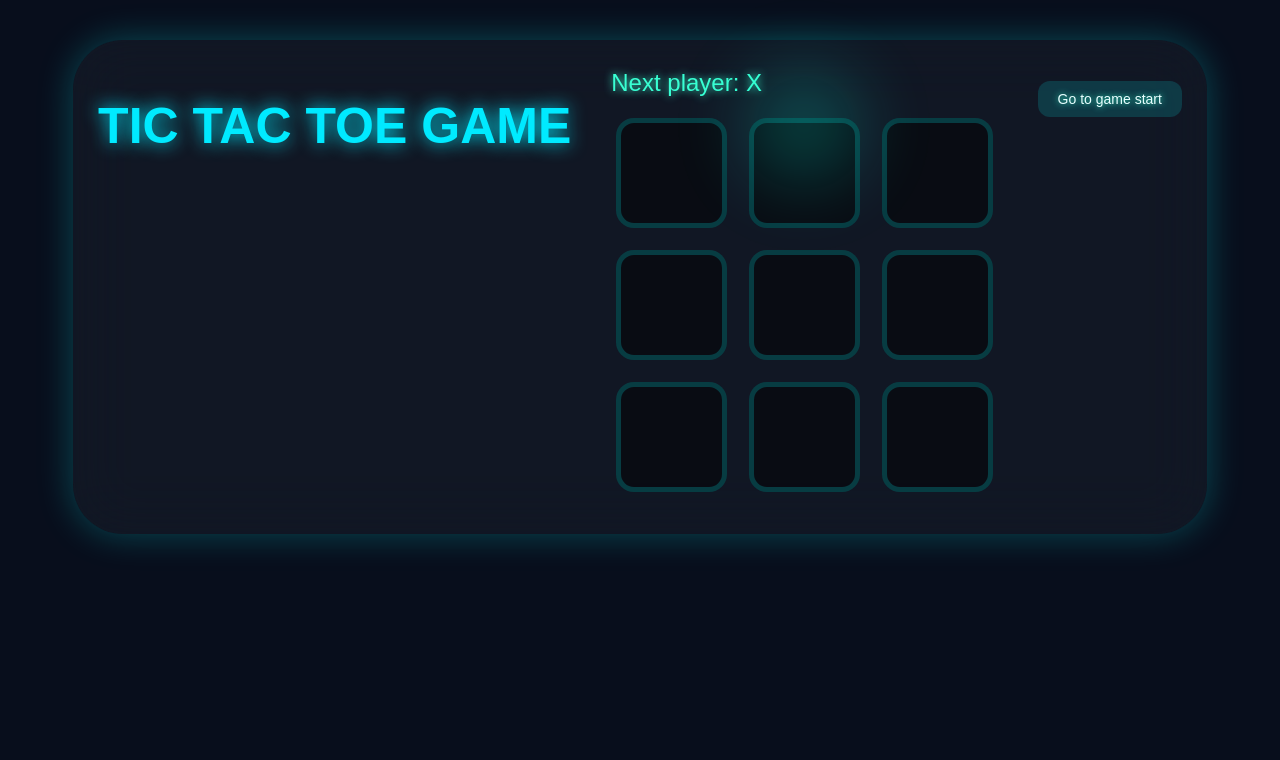
Repository: sofia123776/TIC-TAC-TOE
Page: /
An editor plug-in stored every save of this project. The page is shown before and after the next save, followed by the edit.
The browser window is 1280 px wide. The pictures show the whole page.
The project was rebuilt for these pictures with package versions that can differ from the ones it lists, and the page was loaded fresh each time. Also part of the build but not shown: vite.config.js.

Above is the page before, as saved 2025-11-30 22:04:56.

### src/index.css
:root {
  font-family: system-ui, Avenir, Helvetica, Arial, sans-serif;
  line-height: 1.5;
  font-weight: 400;

  color-scheme: light dark;
  color: rgba(255, 255, 255, 0.87);
  background-color: whitesmoke;

  font-synthesis: none;
  text-rendering: optimizeLegibility;
  -webkit-font-smoothing: antialiased;
  -moz-osx-font-smoothing: grayscale;
}

a {
  font-weight: 500;
  color: #646cff;
  text-decoration: inherit;
}
a:hover {
  color: #535bf2;
}

body {
  margin: 0;
  display: flex;
  place-items: center;
  min-width: 320px;
  min-height: 100vh;
}

h1 {
  font-size: 3.2em;
  line-height: 1.1;
}

button {
  border-radius: 1px;
  border:8px  solid transparent;
  padding: 0.6em 1.2em;
  font-size: 1em;
  font-weight: 500;
  font-family: inherit;
  background-color: #1a1a1a;
  cursor: pointer;
  transition: border-color 0.25s;
}
button:hover {
  border-color: #646cff;
}
button:focus,
button:focus-visible {
  outline: 4px auto -webkit-focus-ring-color;
}

@media (prefers-color-scheme: light) {
  :root {
    color: #213547;
    background-color: #ffffff;
  }
  a:hover {
    color: #747bff;
  }
  button {
    background-color: #f9f9f9;
  }
}

### src/App.jsx
import { useState } from 'react'
import reactLogo from './assets/react.svg'
import viteLogo from '/vite.svg'
import './App.css'

function Square({value, onSquareClick, highlight}){


  return(
   <button
      className={`square ${highlight ? "highlight" : ""}`}
      onClick={onSquareClick}
    >
      {value}
    </button>
  );

}

function Board({xIsNext, squares, onPlay}) {



  function Handleclick(i){

    if ( Calculatewinner(squares) || squares[i]) {
    return;

  }
    ClickSound.play();
    const nextSquares = squares.slice()
    if (xIsNext){
    nextSquares[i] = "X"
    }else{
      nextSquares[i] = "O"
    }
    onPlay(nextSquares);
  }
    const winner = Calculatewinner(squares);
    const winningLine = Calculatewinner(squares, true);
    const ClickSound = new Audio("/sounds/click.mp3.wav");
    const WinSound = new Audio("/sounds/win.mp3.wav");
    const [score, setScore] = useState({
  X: 0,
  O: 0,
  Draws: 0
});


  let status;
  if (winner) {
    status = "Winner: " + winner;
    WinSound.play();
  } else {
    status = "Next player: " + (xIsNext ? "X" : "O");
  }

  return (
    <>

    <div className={`status ${winner ? "winner" : ""}`}>{status}</div>
  <div className='board-row'>
  <Square value = {squares[0]} onSquareClick={() =>Handleclick(0)} highlight={winningLine?.includes(0)}/>
  <Square value = {squares[1]} onSquareClick={() =>Handleclick(1)} highlight={winningLine?.includes(1)}/>
  <Square value = {squares[2]} onSquareClick={() =>Handleclick(2)} highlight={winningLine?.includes(2)}/>

  </div>

  <div className='board-row'>
  <Square value = {squares[3]} onSquareClick={() =>Handleclick(3)} highlight={winningLine?.includes(3)}/>
  <Square value = {squares[4]} onSquareClick={() =>Handleclick(4)} highlight={winningLine?.includes(4)}/>
  <Square value = {squares[5]} onSquareClick={() =>Handleclick(5)} highlight={winningLine?.includes(5)}/>

  </div>
  <div className='board-row'>
  <Square value = {squares[6]} onSquareClick={() =>Handleclick(6)} highlight={winningLine?.includes(6)}/>
  <Square value = {squares[7]} onSquareClick={() =>Handleclick(7)} highlight={winningLine?.includes(7)}/>
  <Square value = {squares[8]} onSquareClick={() =>Handleclick(8)} highlight={winningLine?.includes(8)}/>

  </div>

  </>
  );
}

export default function Game() {
  const [history, setHistory] = useState([Array(9).fill(null)]);
  const [currentMove, setCurrentMove] = useState(0);
  const xIsNext = currentMove % 2 === 0;
  const currentSquares = history[currentMove];



  function handlePlay(nextSquares) {
    const nextHistory = [...history.slice(0, currentMove + 1), nextSquares];
    setHistory(nextHistory);
    setCurrentMove(nextHistory.length - 1);
  }

  function jumpTo(nextMove) {
    setCurrentMove(nextMove);
  }

  const moves = history.map((squares, move) => {
    let description;
    if (move > 0) {
      description = 'Go to move #' + move;
    } else {
      description = 'Go to game start';
    }
    return (
      <li key={move}>
        <button onClick={() => jumpTo(move)}>{description}</button>
      </li>
    );
  });

  return (
    <div className="game">
    <h1>TIC TAC TOE GAME</h1>
      <div className={`game-board ${Calculatewinner(currentSquares) ? "winner" : ""}`}>
  <Board xIsNext={xIsNext} squares={currentSquares} onPlay={handlePlay} />
</div>
      <div className="game-info">
        <ol>{moves}</ol>
      </div>
    </div>
  );


}

function Calculatewinner(squares, returnLine = false){
  const lines = [
  [0, 1, 2],
  [3, 4, 5],
  [6, 7, 8],
  [0, 3, 6],
  [1, 4, 7],
  [2, 5, 8],
  [0, 4, 8],
  [2, 4, 6],

  ];

  for (let line of lines) {
    const [a,b,c] = line;
    if (squares[a] && squares[a] === squares[b] && squares[a] === squares[c]) {
      return returnLine ? line : squares[a];
    }
  }
  return returnLine ? null : null;
}

### src/App.css
/* Full background */
body {
  background: #080e1c;
  margin: 0;
  font-family: "Poppins", sans-serif;
  color: #e8faff;
  display: flex;
  justify-content: center;
  align-items: flex-start;
  padding-top: 40px;
}

/* Game Title */
h1 {
  text-align: center;
  font-size: 50px;
  font-weight: 700;
  margin-bottom: 25px;
  text-shadow: 0 0 18px #00eaff;
  color: #00eaff;
}

/* Outer game container */
.game {
  display: flex;
  gap: 40px;
  padding: 25px;
  border-radius: 50px;
  background: rgba(255,255,255,0.04);
  box-shadow: 0 0 35px rgba(0, 255, 255, 0.25);
  backdrop-filter: blur(30px);
}

/* Board container */
.game-board {
  display: flex;
  flex-direction: column;
}

/* Status text */
.status {
  font-size: 22px;
  margin-bottom: 12px;
  color: #39ffd3;
  text-shadow: 0 0 8px #39ffd3;
}

/* Board row layout */
.board-row {
  display: flex;
  gap: 12px;
  margin-bottom: 12px;
}

/* Square button */
.square {
  width: 110px !important;
  height: 110px !important;
  margin: 5px;
  font-size: 42px !important;
  font-weight: bold;
  color: #00eaff;
  background-color: rgba(0, 0, 0, 0.45);
  border: 5px solid rgba(0, 255, 255, 0.2);
  border-radius: 18px;
  display: flex;
  align-items: center;
  justify-content: center;
  cursor: pointer;
  transition: 0.25s ease-in-out, transform 0.15s;
  text-shadow: 0 0 12px #00eaff;
}

.square:hover {
  transform: scale(1.07);
  background: rgba(0, 255, 255, 0.15);
  box-shadow: 0 0 18px #00eaff;
}

/* X and O color override */
.square:contains("X"), .square.X {
  color: #ff3c89;
  text-shadow: 0 0 12px #ff3c89;
}


.square:contains("O"), .square.O {
  color: #3cfffb;
  text-shadow: 0 0 12px #3cfffb;
}

/* Moves list */
.game-info ol {
  list-style: none;
  padding: 0;
}

.game-info button {
  padding: 10px 20px;
  border-radius: 12px;
  margin-bottom: 10px;
  border: none;
  cursor: pointer;
  background: rgba(0, 255, 255, 0.15);
  color: #e8ffff;
  font-size: 14px;
  text-shadow: 0 0 6px #39ffd3;
  transition: 0.2s ease;
}

.game-info button:hover {
  background: #39ffd3;
  color: #001010;
  box-shadow: 0 0 18px #39ffd3;
  transform: scale(1.05);
}

.highlight {
  animation: winPulse 1s infinite ease-in-out;
  background: rgba(0, 255, 150, 0.25) !important;
  box-shadow: 0 0 25px #00ffb3;
  border: 2px solid #00ff9d !important;
}

@keyframes winPulse {
  0% {
    transform: scale(1);
    box-shadow: 0 0 12px #00ffb3;
  }
  50% {
    transform: scale(1.12);
    box-shadow: 0 0 12px #00ffb3;
  }
  100% {
    transform: scale(1);
    box-shadow: 0 0 12px #00ffb3;
  }
}

.status {
  position: relative;
  z-index: 2;
  font-size: 1.5rem;

}

.status.winner {
  animation: glowWinner 1.5s infinite ease-in-out;
  color: #00ffea;
  text-shadow: 0 0 22px #00ffea;

}

@keyframes glowWinner {
  0% { text-shadow: 0 0 10px #00ffe0; }
  50% { text-shadow: 0 0 30px #00ffe0; }
  100% { text-shadow: 0 0 10px #00ffe0; }
}

/* firework particles */
.status::after {
  content: "";
  position: absolute;
  top: -20px;
  left: 50%;
  transform: translateX(-50%);
  width: 160px;
  height: 160px;
  background: radial-gradient(circle, #00ffe0 0%, transparent 60%);
  opacity: 0.3;
  filter: blur(30px);
  animation: fireworks 1.5s infinite ease-in-out;
}

@keyframes fireworks {
  0% {
    transform: translateX(-50%) scale(0.7);
    opacity: 0.1;
  }
  50% {
    transform: translateX(-50%) scale(1.3);
    opacity: 0.4;
  }
  100% {
    transform: translateX(-50%) scale(0.7);
    opacity: 0.1;
  }
}

.game-board.winner {
  border: 3px solid rgba(0,255,200,0.6);
  box-shadow: 0 0 35px rgba(0,255,200,0.8);
  padding: 12px;
  border-radius: 14px;
  animation: boardGlow 1.6s infinite ease-in-out;
}

@keyframes boardGlow {
  0% { box-shadow: 0 0 10px #00ffd5; }
  50% { box-shadow: 0 0 30px #00ffd5; }
  100% { box-shadow: 0 0 10px #00ffd5; }
}

Loaded but not shown: index.html (common file); src/main.jsx (common file)

After the next save:
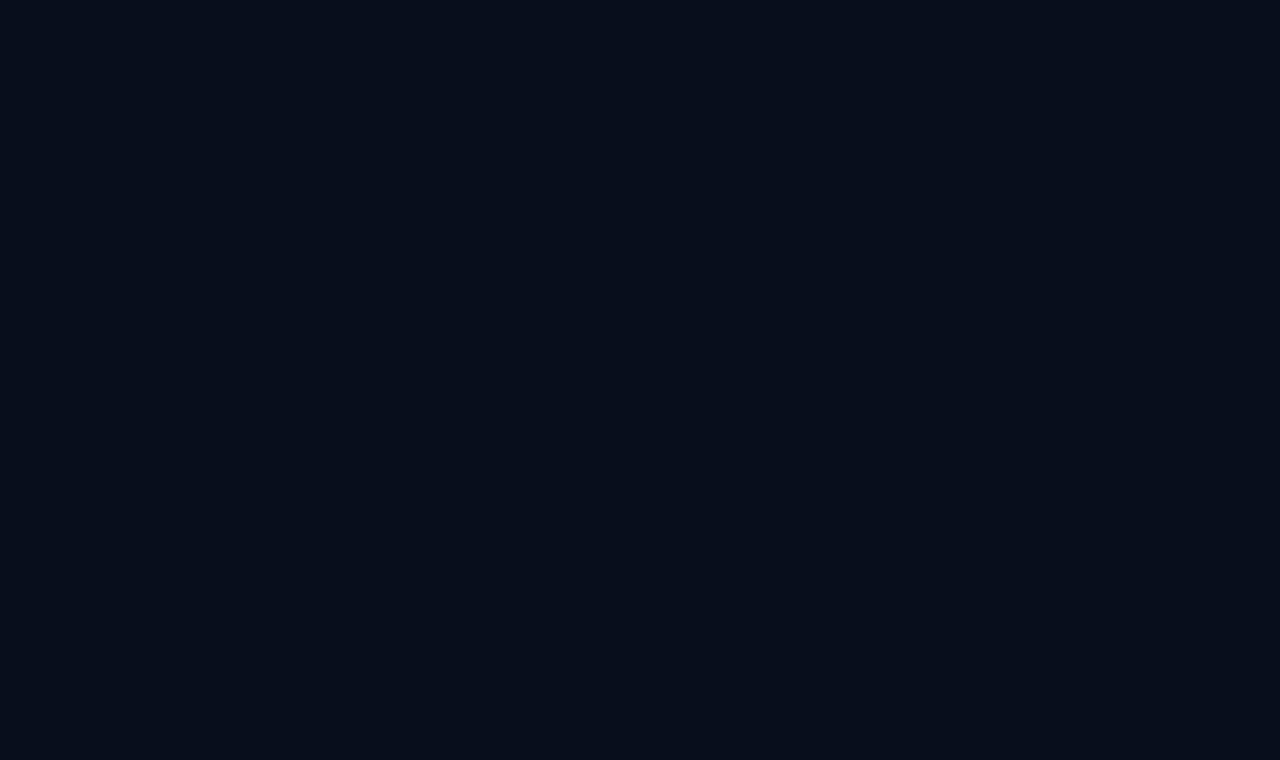
Console error: ReferenceError: useEffect is not defined
Saved 4 min 0 s later.
--- a/src/App.jsx
+++ b/src/App.jsx
@@ -40,11 +40,7 @@
     const winningLine = Calculatewinner(squares, true);
     const ClickSound = new Audio("/sounds/click.mp3.wav");
     const WinSound = new Audio("/sounds/win.mp3.wav");
-    const [score, setScore] = useState({
-  X: 0,
-  O: 0,
-  Draws: 0
-});
+
 
 
   let status;
@@ -86,10 +82,32 @@
 export default function Game() {
   const [history, setHistory] = useState([Array(9).fill(null)]);
   const [currentMove, setCurrentMove] = useState(0);
+
+  // SCOREBOARD HERE
+  const [score, setScore] = useState({
+    X: 0,
+    O: 0,
+    Draws: 0
+  });
+
   const xIsNext = currentMove % 2 === 0;
   const currentSquares = history[currentMove];
+  const winner = Calculatewinner(currentSquares);
 
-
+  // UPDATE SCORE WHEN GAME ENDS
+  useEffect(() => {
+    if (winner) {
+      setScore(prev => ({
+        ...prev,
+        [winner]: prev[winner] + 1
+      }));
+    } else if (!winner && currentSquares.every(s => s !== null)) {
+      setScore(prev => ({
+        ...prev,
+        Draws: prev.Draws + 1
+      }));
+    }
+  }, [winner, currentSquares]);
 
   function handlePlay(nextSquares) {
     const nextHistory = [...history.slice(0, currentMove + 1), nextSquares];
@@ -117,18 +135,30 @@
 
   return (
     <div className="game">
-    <h1>TIC TAC TOE GAME</h1>
-      <div className={`game-board ${Calculatewinner(currentSquares) ? "winner" : ""}`}>
-  <Board xIsNext={xIsNext} squares={currentSquares} onPlay={handlePlay} />
-</div>
+      <h1>TIC TAC TOE GAME</h1>
+
+      {/* SCOREBOARD DISPLAY */}
+      <div className="scoreboard">
+        <p>X Wins: {score.X}</p>
+        <p>O Wins: {score.O}</p>
+        <p>Draws: {score.Draws}</p>
+      </div>
+
+      <div className={`game-board ${winner ? "winner" : ""}`}>
+        <Board
+          xIsNext={xIsNext}
+          squares={currentSquares}
+          onPlay={handlePlay}
+        />
+      </div>
+
       <div className="game-info">
         <ol>{moves}</ol>
       </div>
     </div>
   );
+}
 
-
-}
 
 function Calculatewinner(squares, returnLine = false){
   const lines = [

After the 3 saves that followed:
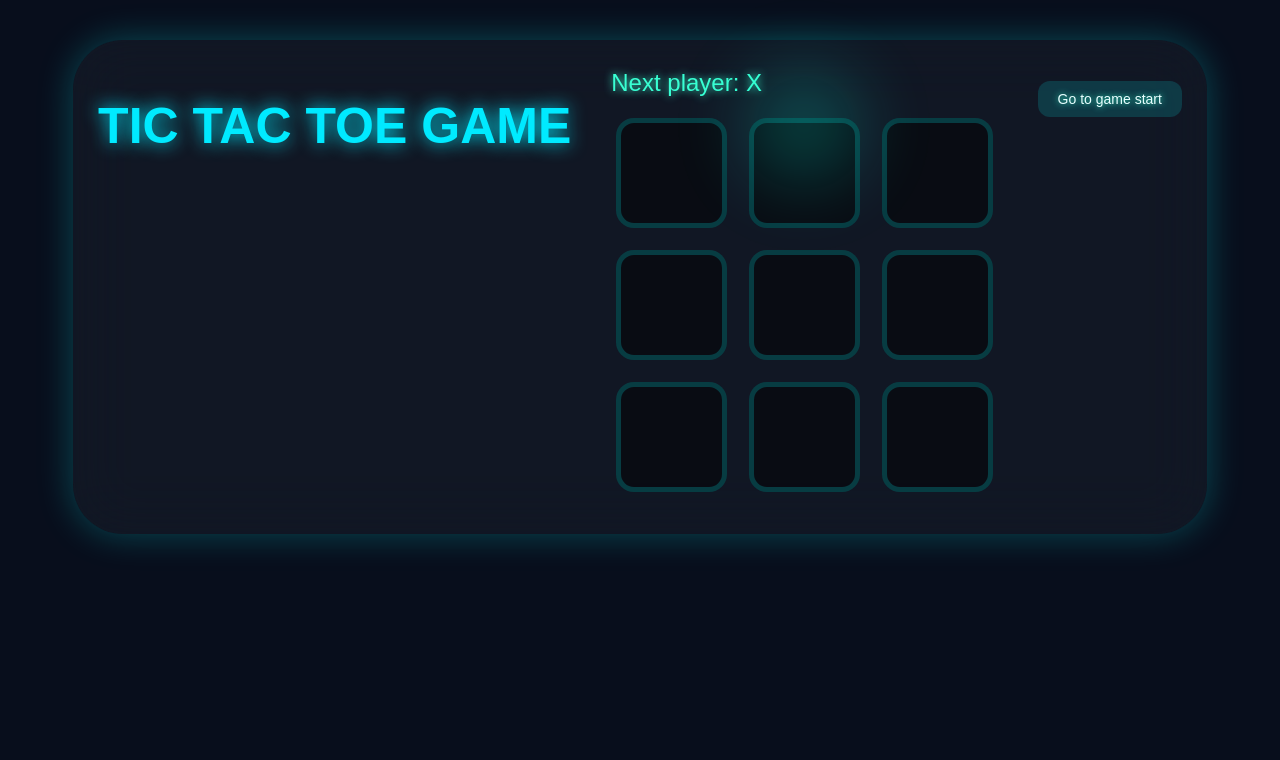
The error is gone.
The 3 saves are shown as one change because 2 left the picture as it was.
The last was saved 5 min 2 s later.
--- a/src/App.jsx
+++ b/src/App.jsx
@@ -82,32 +82,8 @@
 export default function Game() {
   const [history, setHistory] = useState([Array(9).fill(null)]);
   const [currentMove, setCurrentMove] = useState(0);
-
-  // SCOREBOARD HERE
-  const [score, setScore] = useState({
-    X: 0,
-    O: 0,
-    Draws: 0
-  });
-
   const xIsNext = currentMove % 2 === 0;
   const currentSquares = history[currentMove];
-  const winner = Calculatewinner(currentSquares);
-
-  // UPDATE SCORE WHEN GAME ENDS
-  useEffect(() => {
-    if (winner) {
-      setScore(prev => ({
-        ...prev,
-        [winner]: prev[winner] + 1
-      }));
-    } else if (!winner && currentSquares.every(s => s !== null)) {
-      setScore(prev => ({
-        ...prev,
-        Draws: prev.Draws + 1
-      }));
-    }
-  }, [winner, currentSquares]);
 
   function handlePlay(nextSquares) {
     const nextHistory = [...history.slice(0, currentMove + 1), nextSquares];
@@ -137,14 +113,8 @@
     <div className="game">
       <h1>TIC TAC TOE GAME</h1>
 
-      {/* SCOREBOARD DISPLAY */}
-      <div className="scoreboard">
-        <p>X Wins: {score.X}</p>
-        <p>O Wins: {score.O}</p>
-        <p>Draws: {score.Draws}</p>
-      </div>
-
-      <div className={`game-board ${winner ? "winner" : ""}`}>
+      {/* Game Board */}
+      <div className={`game-board ${Calculatewinner(currentSquares) ? "winner" : ""}`}>
         <Board
           xIsNext={xIsNext}
           squares={currentSquares}
@@ -152,12 +122,15 @@
         />
       </div>
 
+      {/* Move History */}
       <div className="game-info">
         <ol>{moves}</ol>
       </div>
     </div>
   );
 }
+
+
 
 
 function Calculatewinner(squares, returnLine = false){
--- a/src/App.css
+++ b/src/App.css
@@ -200,3 +200,15 @@ h1 {
   50% { box-shadow: 0 0 30px #00ffd5; }
   100% { box-shadow: 0 0 10px #00ffd5; }
 }
+
+.scoreboard {
+  display: flex;
+  justify-content: space-around;
+  font-size: 1.3rem;
+  font-weight: bold;
+  margin-bottom: 20px;
+  padding: 10px;
+  background: rgba(255,255,255,0.1);
+  border-radius: 8px;
+  backdrop-filter: blur(4px);
+}
